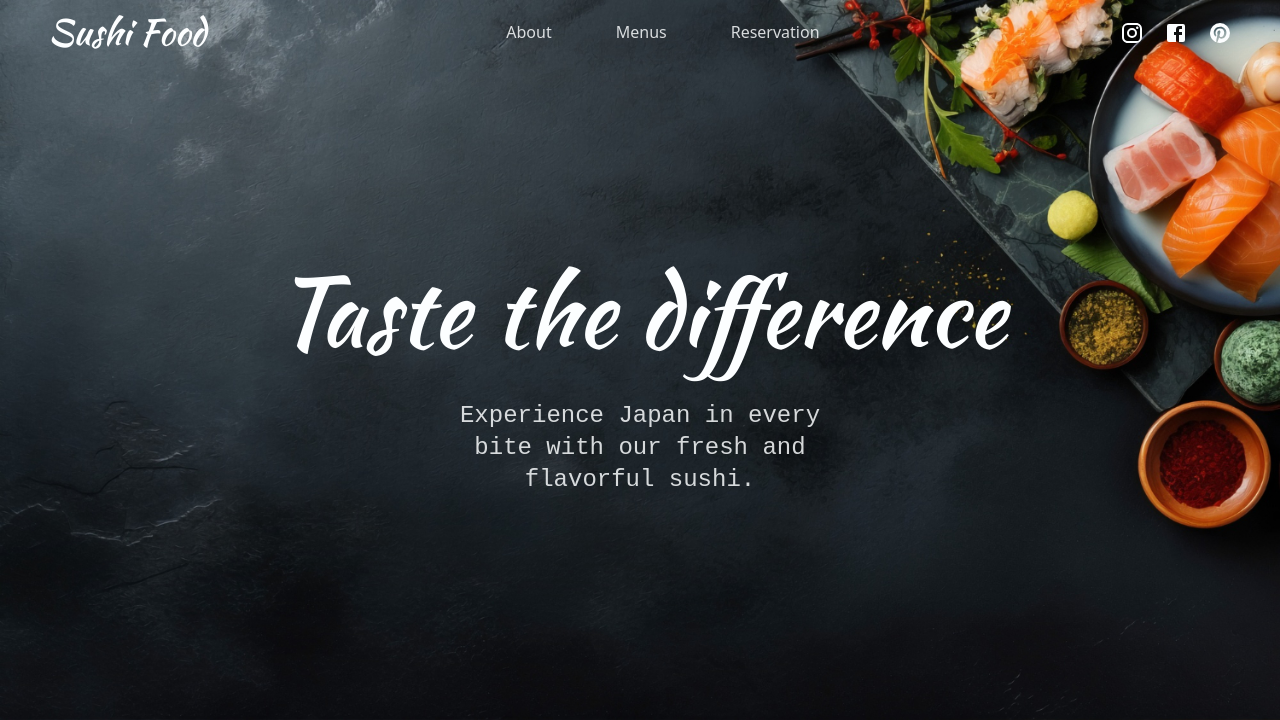
Repository: Adrien-legeleu/sushi-food
Page: /
The author's editor kept a copy of each file at every save. The page is drawn from the files as they stood at one save, then again after the next save.
The browser window is 1280 px wide. The pictures show the whole page.
Some web fonts or font styles are not loaded; a fallback is used. The project was rebuilt for these pictures with package versions that can differ from the ones it lists, and the page was loaded fresh each time. Also part of the build but not shown: vite.config.ts.

Above is the page before, as saved 2024-04-28 20:17:22.

After the next save:
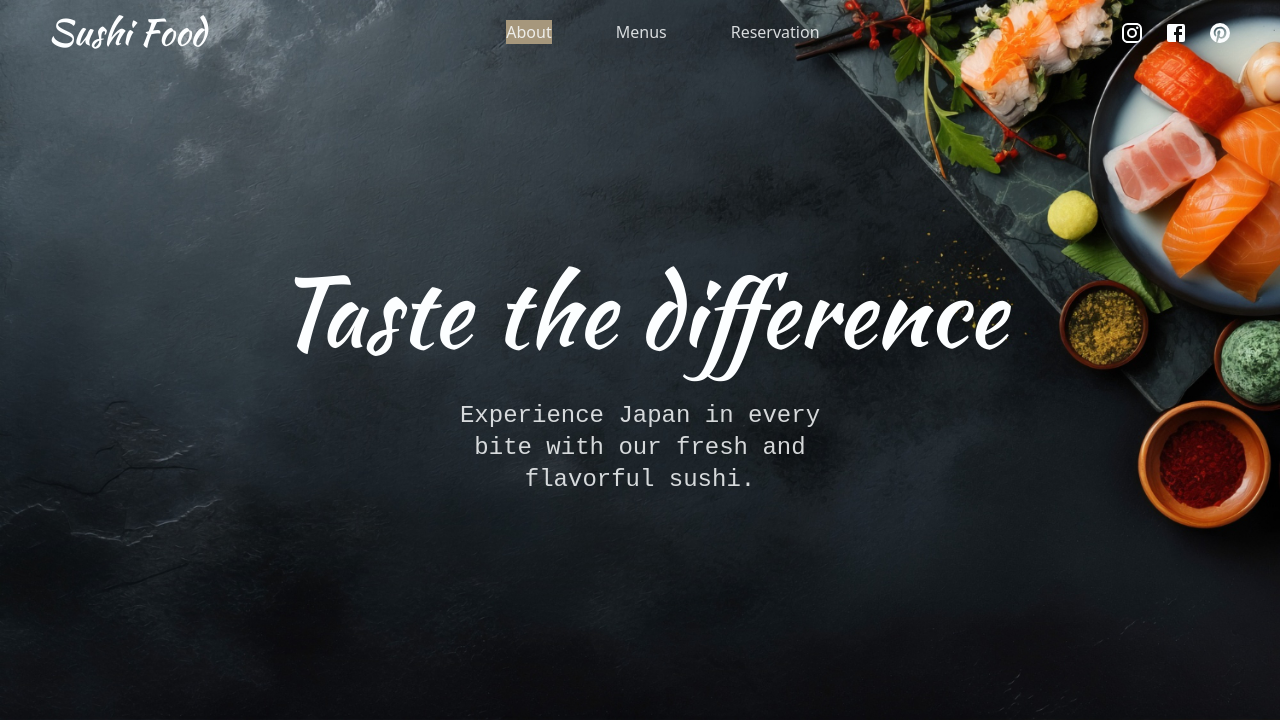
Saved 15 s later.
--- a/src/Components/Header.tsx
+++ b/src/Components/Header.tsx
@@ -6,7 +6,7 @@
         <div className='fixed h-16 w-full max-w-[1400px] top-0 left-1/2 -translate-x-1/2 flex justify-between items-center pl-12 pr-12'>
             <h2 className='font-title text-4xl text-whiteTitle'>Sushi Food</h2>
             <ul className='flex items-center gap-16 justify-between text-whiteText '>
-                <li className='cursor-pointer hover:scale-125 duration-300 '>About</li>
+                <li className='cursor-pointer hover:scale-125 duration-300 bg-green'>About</li>
                 <li>Menus</li>
                 <li>Reservation</li>
             </ul>

After the save that followed:
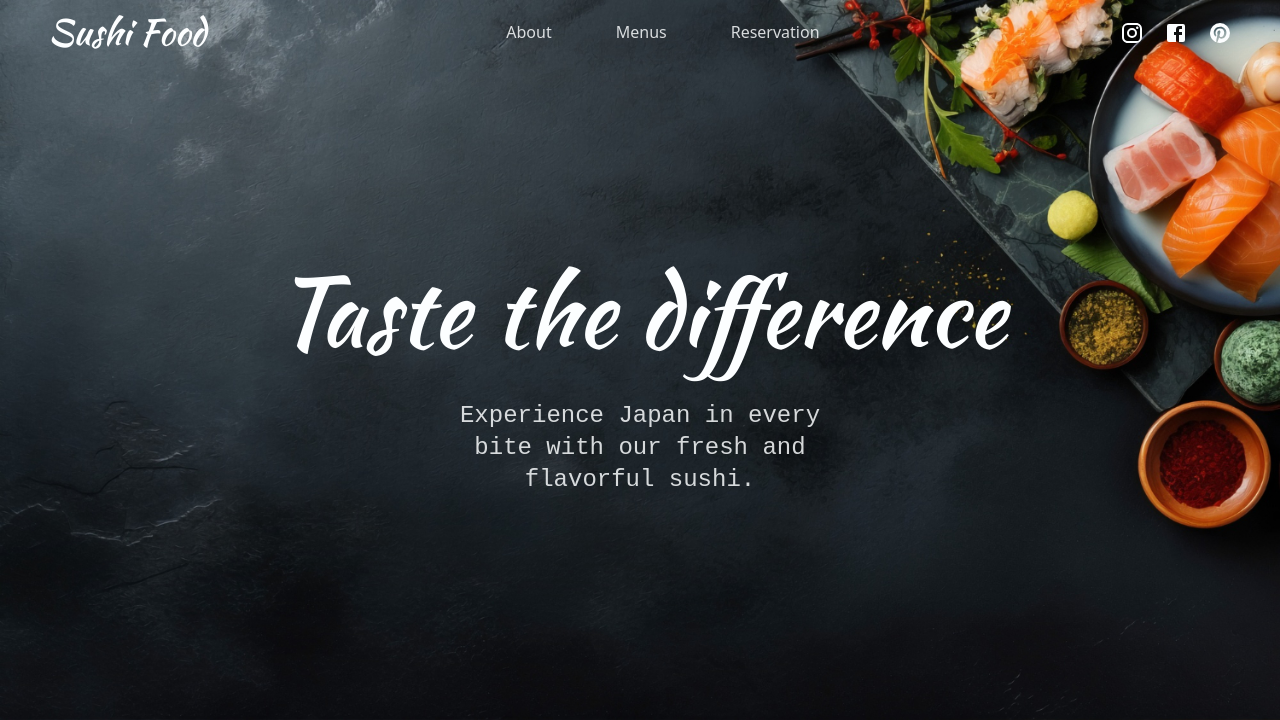
Saved 9 s later.
--- a/src/Components/Header.tsx
+++ b/src/Components/Header.tsx
@@ -6,7 +6,7 @@
         <div className='fixed h-16 w-full max-w-[1400px] top-0 left-1/2 -translate-x-1/2 flex justify-between items-center pl-12 pr-12'>
             <h2 className='font-title text-4xl text-whiteTitle'>Sushi Food</h2>
             <ul className='flex items-center gap-16 justify-between text-whiteText '>
-                <li className='cursor-pointer hover:scale-125 duration-300 bg-green'>About</li>
+                <li className='cursor-pointer hover:scale-125 duration-300 hover:bg-green'>About</li>
                 <li>Menus</li>
                 <li>Reservation</li>
             </ul>
